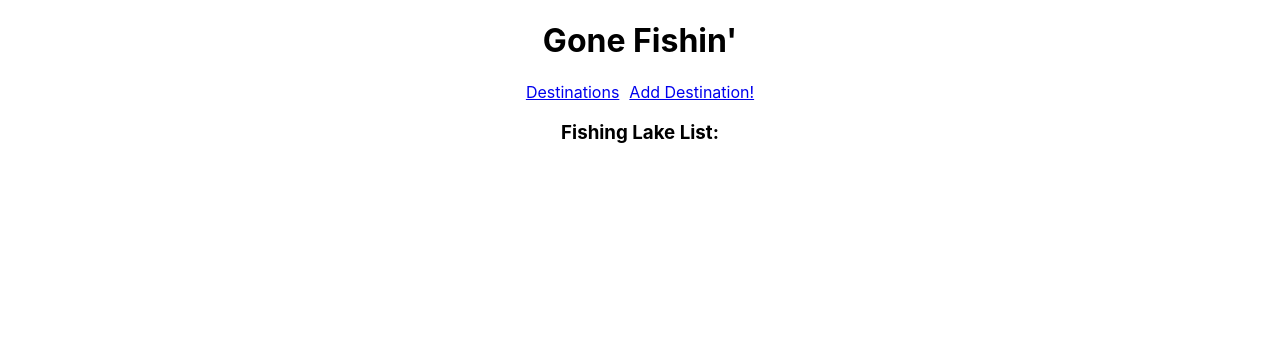
Repository: randysteele/gonefishin-frontend
Page: /destinations (app in gone-fishin-frontend/)
The author's editor kept a copy of each file at every save. The page is drawn from the files as they stood at one save, then again after the next save.
The browser window is 1280 px wide. The pictures show the whole page.
The page's requests for data from a server got no answer. The project was rebuilt for these pictures with package versions that can differ from the ones it lists, and the page was loaded fresh each time. No one was signed in, and anything a server would have sent is missing. Also part of the build but not shown: gone-fishin-frontend/src/actions/addDestination.js, gone-fishin-frontend/src/components/DestinationsInput.js, gone-fishin-frontend/src/actions/addFeature.js, gone-fishin-frontend/src/components/FeaturesInput.js, gone-fishin-frontend/src/actions/deleteFeature.js, gone-fishin-frontend/src/components/FeaturesList.js, gone-fishin-frontend/src/containers/FeaturesContainer.js, gone-fishin-frontend/src/actions/editDestination.js and 7 more.

Above is the page before, as saved 2020-08-09 14:02:12.

### gone-fishin-frontend/public/index.html
<!DOCTYPE html>
<html lang="en">
  <head>
    <meta charset="utf-8" />
    <link rel="icon" href="%PUBLIC_URL%/favicon.ico" />
    <meta name="viewport" content="width=device-width, initial-scale=1" />
    <meta name="theme-color" content="#000000" />
    <meta
      name="description"
      content="Web site created using create-react-app"
    />
    <link rel="apple-touch-icon" href="%PUBLIC_URL%/logo192.png" />
    <!--
      manifest.json provides metadata used when your web app is installed on a
      user's mobile device or desktop. See https://developers.google.com/web/fundamentals/web-app-manifest/
    -->
    <link rel="manifest" href="%PUBLIC_URL%/manifest.json" />
    <!--
      Notice the use of %PUBLIC_URL% in the tags above.
      It will be replaced with the URL of the `public` folder during the build.
      Only files inside the `public` folder can be referenced from the HTML.

      Unlike "/favicon.ico" or "favicon.ico", "%PUBLIC_URL%/favicon.ico" will
      work correctly both with client-side routing and a non-root public URL.
      Learn how to configure a non-root public URL by running `npm run build`.
    -->
    <title>Gone Fishin</title>
  </head>
  <body>
    <noscript>You need to enable JavaScript to run this app.</noscript>
    <div id="root"></div>
    <!--
      This HTML file is a template.
      If you open it directly in the browser, you will see an empty page.

      You can add webfonts, meta tags, or analytics to this file.
      The build step will place the bundled scripts into the <body> tag.

      To begin the development, run `npm start` or `yarn start`.
      To create a production bundle, use `npm run build` or `yarn build`.
    -->
  </body>
</html>

### gone-fishin-frontend/src/index.js
import React from 'react';
import ReactDOM from 'react-dom';
import './index.css';
import App from './App';
import * as serviceWorker from './serviceWorker';
import { Provider } from 'react-redux';
import destinations from './reducers/destinations'
import thunk from 'redux-thunk'
import { createStore, applyMiddleware, compose} from 'redux'
import {BrowserRouter as Router} from 'react-router-dom'


const composeEnhancer = window.__REDUX_DEVTOOLS_EXTENSION_COMPOSE__ || compose;

const store = createStore(destinations, composeEnhancer(applyMiddleware(thunk)))

ReactDOM.render(
<Provider store={store}>
<Router>
<App />
</Router>
</Provider>,
document.getElementById('root')
);

// If you want your app to work offline and load faster, you can change
// unregister() to register() below. Note this comes with some pitfalls.
// Learn more about service workers: https://bit.ly/CRA-PWA
serviceWorker.unregister();

### gone-fishin-frontend/src/App.js
import React from 'react';
import './App.css';
// import {connect} from 'react-redux'
import DestinationsContainer from './containers/DestinationsContainer'
import styled from 'styled-components'
// import DestinationsInput from './components/DestinationsInput';
// import DestinationsList from './components/DestinationsList';
//import {fetchDestinations} from './actions/fetchDestinations'



class App extends React.Component {

  componentDidMount() {
    fetch('http://localhost:3000/api/v1/destinations/')
    .then(response => response.json())
    .then(data => console.log(data))
  }


  render(){
    return(
      <div className="App" >
        <h1>Gone Fishin'</h1>
      <DestinationsContainer />



      </div>
    )
  }
}

export default App

### gone-fishin-frontend/src/reducers/destinations.js

export default function destinations(state = {destinations: []}, action) {
    //debugger
    switch(action.type){
    case 'FETCH_DESTINATIONS':
      return {destinations: action.payload}
    case 'ADD_FEATURE':
      let destinations = state.destinations.map(destination => {
        if (destination.id === action.payload.id) {
         return action.payload
        } else {
          return destination
        }
      })
      return {...state, destinations: destinations}
      case 'DELETE_FEATURE':
         // debugger
        let destinationss = state.destinations.map(destination => {
            if (destination.id === action.payload.id) {
             return action.payload
            } else {
              return destination
            }
          })
          return {...state, destinations: destinationss}
      case 'EDIT_DESTINATION':
        let destinationsss = state.destinations.map(destination => {
            if (destination.id === action.payload.id) {
             return action.payload
            } else {
              return destination
            }
          })
          return {...state, destinations: destinationsss}

          case 'ADD_COMMENT':
            let destinationForComments = state.destinations.map(destination => {
              if (destination.id === action.payload.id) {
               return action.payload
              } else {
                return destination
              }
            })
            return {...state, destinations: destinationForComments}

    default:
    return state
    }
}

### gone-fishin-frontend/src/containers/DestinationsContainer.js
// a container should render other components and pass them data if needed
// they are typically class components
import React from 'react'
import {connect} from 'react-redux'
import {fetchDestinations} from '../actions/fetchDestinations'
import DestinationsList from  '../components/DestinationsList'
import DestinationsInput from '../components/DestinationsInput'
import DestinationShow from  '../components/DestinationShow'
import {Route, Switch} from 'react-router-dom'
import Navbar from '../components/Navbar'




class DestinationsContainer extends React.Component {


    componentDidMount(){
      this.props.fetchDestinations()
    }

    render(){
      return (
        <div>
          <Navbar/>
          <Switch>
         <Route  path='/destinations/new' component={DestinationsInput}/>
         <Route  path='/destinations/:id'  render={(routerProps) => <DestinationShow {...routerProps} destinations={this.props.destinations}/>}/>
         <Route  exact path='/destinations' render={(routerProps) => <DestinationsList {...routerProps} destinations={this.props.destinations}/>}/>
         </Switch><br></br>

        </div>
      )

       }
    }
const mapStateToProps = state => {
    return {
        destinations: state.destinations
    }
}
export default connect(mapStateToProps, {fetchDestinations})(DestinationsContainer);

### gone-fishin-frontend/src/actions/fetchDestinations.js


export function fetchDestinations() {
  return (dispatch) => {
   fetch("http://localhost:3000/api/v1/destinations/")
    .then(response => response.json())
    .then(destinations => dispatch({
      type: 'FETCH_DESTINATIONS',
       payload: destinations
    }))
  }
}

### gone-fishin-frontend/src/components/DestinationsList.js
import React from 'react'
// import DestinationsContainer from '../containers/DestinationsContainer'
// import DestinationShow from './DestinationShow'
import {Route, Link} from 'react-router-dom'



const DestinationsList = (props) => {

    return (
       <div>
        <h3>Fishing Lake List:</h3>{props.destinations.map(dest => <h5><div key={dest.id}>Lake Name:<Link to={`/destinations/${dest.id}`}>{dest.name}</Link>  <br></br> City: {dest.city} <br></br> State: {dest.state} <br></br> Description: {dest.description}</div></h5>)}
   </div>


    )
}

export default DestinationsList

### gone-fishin-frontend/src/components/Navbar.js
import React from 'react'
import {Link} from 'react-router-dom'

const Navbar = (props) => {

    return (
        <div>
            <Link to='/destinations' style={{paddingRight: '10px'}}>Destinations</Link>
            <Link to='/destinations/new'>Add Destination!</Link>
        </div>
    )
}
export default Navbar

Loaded but not shown: gone-fishin-frontend/src/index.css (common file); gone-fishin-frontend/src/serviceWorker.js (common file); gone-fishin-frontend/src/App.css (common file)

After the next save:
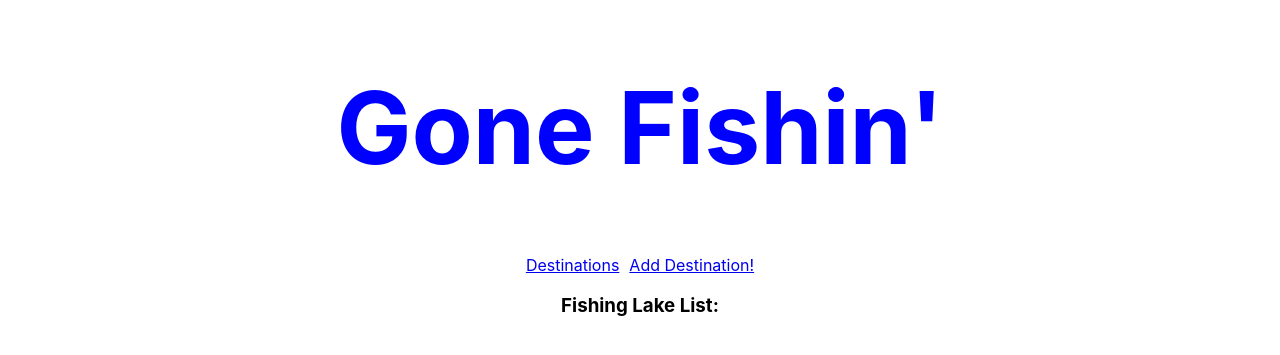
Saved 117 s later.
--- a/gone-fishin-frontend/src/App.js
+++ b/gone-fishin-frontend/src/App.js
@@ -6,6 +6,11 @@ import styled from 'styled-components'
 // import DestinationsInput from './components/DestinationsInput';
 // import DestinationsList from './components/DestinationsList';
 //import {fetchDestinations} from './actions/fetchDestinations'
+
+const Title = styled.h1`
+color: blue;
+font-size: 100px;
+`
 
 
 
@@ -21,7 +26,7 @@ class App extends React.Component {
   render(){
     return(
       <div className="App" >
-        <h1>Gone Fishin'</h1>
+        <Title>Gone Fishin'</Title>
       <DestinationsContainer />
 
 
